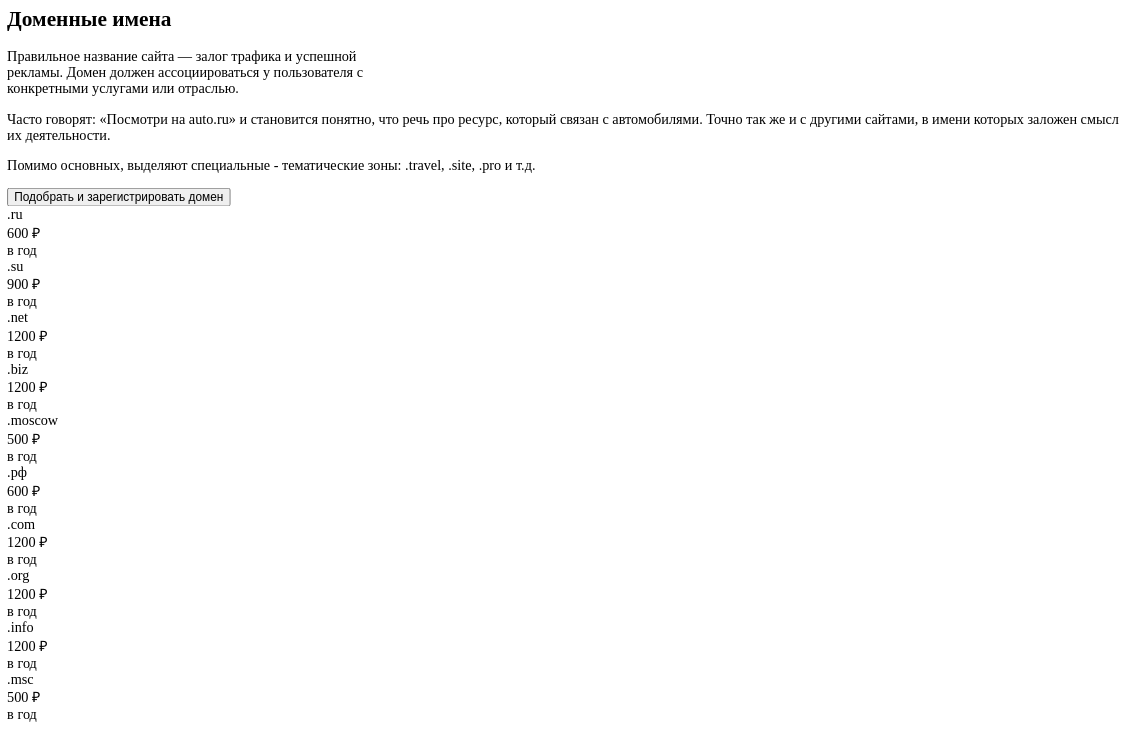
Repository: Inzhir2022/hosting
Page: src/_includes/_domains.html
The author's editor kept a copy of each file at every save. The page is drawn from the files as they stood at one save, then again after the next save.
The browser window is 1280 px wide. The pictures show the whole page, at 89% of full size.

Above is the page before, as saved 2022-07-19 08:52:51.

### src/_includes/_domains.html
<section class="domains">
  <div class="container">
    <h2 class="domains__title">Доменные имена</h2>
    <div class="domains__descr">
      <p class="domains__descr_first">Правильное название сайта — залог трафика и успешной <br>рекламы. Домен должен ассоциироваться у пользователя с <br> конкретными услугами или отраслью.</p>
      <p class="domains__descr_second">Часто говорят: «Посмотри на auto.ru» и становится понятно, что речь про ресурс, который связан с автомобилями. Точно так же и с другими сайтами, в имени которых заложен смысл их деятельности.</p>
      <p class="domains__descr_third">Помимо основных, выделяют специальные - тематические зоны: .travel, .site, .pro и т.д.</p>
    </div>
    <button class="btn btn_long domains__btn">Подобрать и зарегистрировать домен</button>
    <div class="domains__item ru">
      <div class="domains__item-icon"></div>
      <div class="domains__item-title">.ru</div>
      <div class="domains__item-price"> 600 ₽
        <div class="domains__item-text">в год</div>
      </div>
    </div>
    <div class="domains__item su">
      <div class="domains__item-icon"></div>
      <div class="domains__item-title">.su</div>
      <div class="domains__item-price"> 900 ₽
        <div class="domains__item-text">в год</div>
      </div>
    </div>
    <div class="domains__item net">
      <div class="domains__item-icon"></div>
      <div class="domains__item-title">.net</div>
      <div class="domains__item-price"> 1200 ₽
        <div class="domains__item-text">в год</div>
      </div>
    </div>
    <div class="domains__item biz">
      <div class="domains__item-icon"></div>
      <div class="domains__item-title">.biz</div>
      <div class="domains__item-price"> 1200 ₽
        <div class="domains__item-text">в год</div>
      </div>
    </div>
    <div class="domains__item moscow">
      <div class="domains__item-icon"></div>
      <div class="domains__item-title">.moscow</div>
      <div class="domains__item-price"> 500 ₽
        <div class="domains__item-text">в год</div>
      </div>
    </div>
    <div class="domains__item rf">
      <div class="domains__item-icon"></div>
      <div class="domains__item-title">.рф</div>
      <div class="domains__item-price"> 600 ₽
        <div class="domains__item-text">в год</div>
      </div>
    </div>
    <div class="domains__item com">
      <div class="domains__item-icon"></div>
      <div class="domains__item-title">.com</div>
      <div class="domains__item-price"> 1200 ₽
        <div class="domains__item-text">в год</div>
      </div>
    </div>
    <div class="domains__item org">
      <div class="domains__item-icon"></div>
      <div class="domains__item-title">.org</div>
      <div class="domains__item-price">1200 ₽
        <div class="domains__item-text">в год</div>
      </div>
    </div>
    <div class="domains__item info">
      <div class="domains__item-icon"></div>
      <div class="domains__item-title">.info</div>
      <div class="domains__item-price"> 1200 ₽
        <div class="domains__item-text">в год</div>
      </div>
    </div>
    <div class="domains__item msc">
      <div class="domains__item-icon"></div>
      <div class="domains__item-title">.msc</div>
      <div class="domains__item-price"> 500 ₽
        <div class="domains__item-text">в год</div>
      </div>
    </div>
  </div>
  </div>
</section>

After the next save:
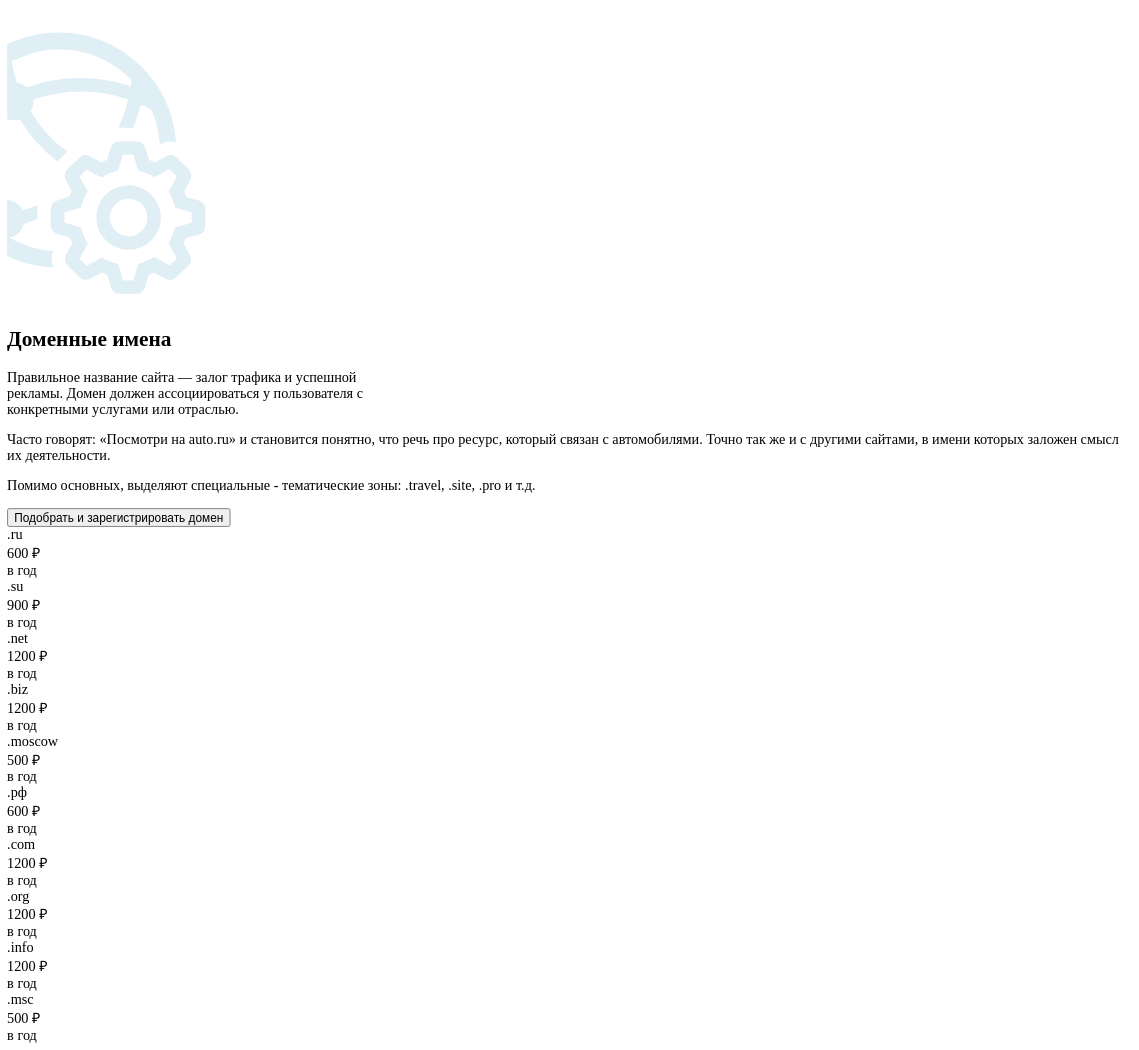
Saved 86 s later.
--- a/src/_includes/_domains.html
+++ b/src/_includes/_domains.html
@@ -1,4 +1,5 @@
 <section class="domains">
+  <img src="../img/domains_bg.svg" alt="settings icon" class="domains__bg">
   <div class="container">
     <h2 class="domains__title">Доменные имена</h2>
     <div class="domains__descr">
